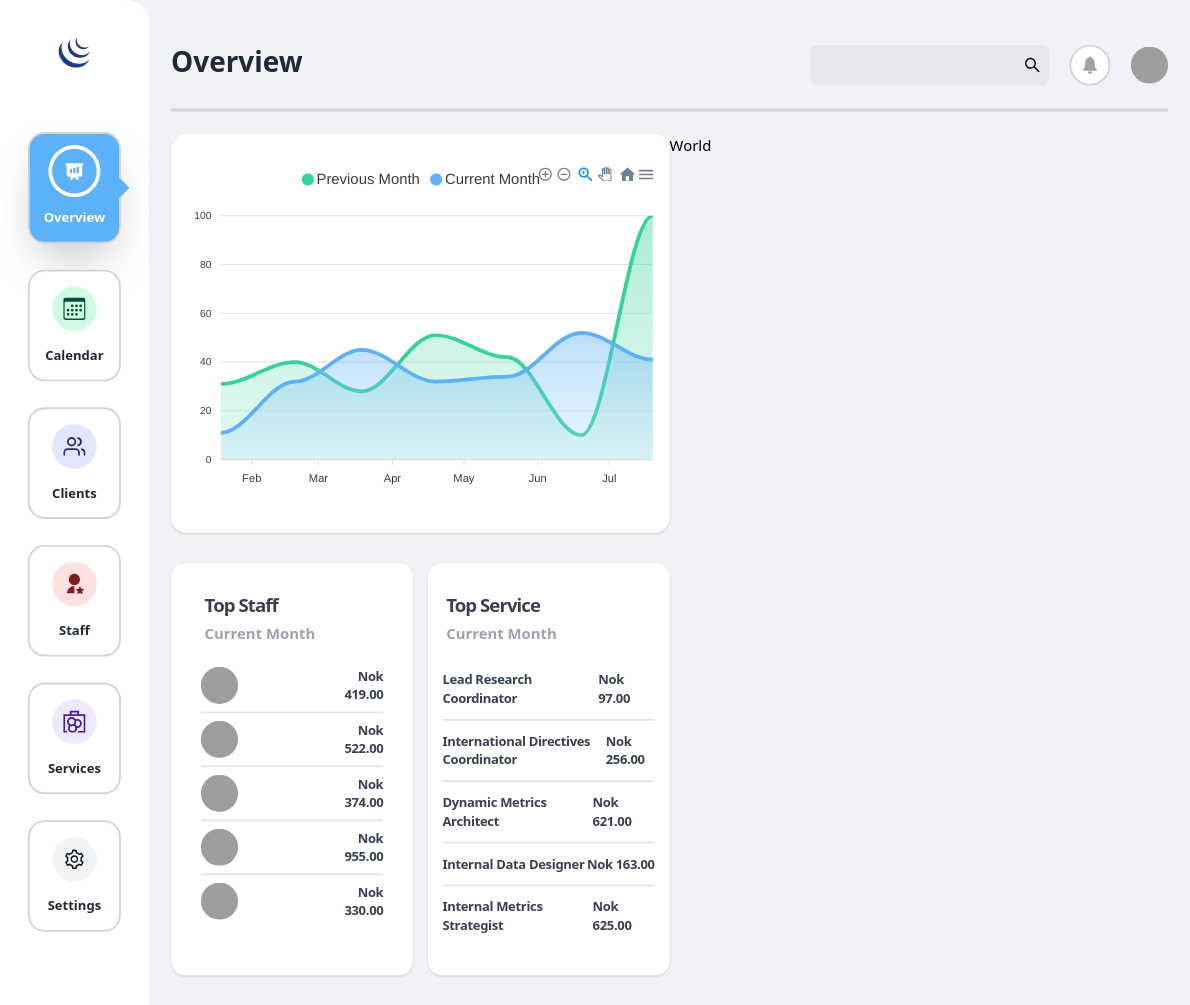
Repository: coolronts/dashboard
Page: /
The author's editor kept a copy of each file at every save. The page is drawn from the files as they stood at one save, then again after the next save.
The browser window is 1280 px wide. The pictures show the whole page, at 93% of full size.
Pictures or frames that could not be fetched are drawn as grey boxes. The project was rebuilt for these pictures with package versions that can differ from the ones it lists, and the page was loaded fresh each time. Also part of the build but not shown: craco.config.js.

Above is the page before, as saved 2021-11-28 04:54:36.

### src/index.tsx
import './index.css';

import App from './App';
import React from 'react';
import ReactDOM from 'react-dom';

ReactDOM.render(
  <React.StrictMode>
    <App />
  </React.StrictMode>,
  document.getElementById('root')
);

### src/App.tsx
import './App.css';

import Home from './Pages/Home'

function App() {
  return (
    <div className="App">
      <Home/>
    </div>
  );
}

export default App;

### src/App.css
* {
    margin: 0;
    padding: 0;
}

.App {
    background-color: #F0F2F5;
}

### src/Pages/Home/index.tsx
import AppointmentActivity from '../../Units/AppointmentActivity'
import LeftDrawer from '../../Units/LeftDrawer'
import SectionHeader from '../../Units/SectionHeader'
import SplitScreen from '../../Components/SplitScreen'
import TopService from '../../Units/TopService'
import TopStaff from '../../Units/TopStaff'

const Home: React.FC = () => {
  const styles = {
    leftDrawer: 'bg-white px-8 rounded-tr-3xl py-8',
  }
  return (
    <div className="flex">
      <div className={styles.leftDrawer}>
        <LeftDrawer/>
      </div>
      <div className="flex-1 mx-6 mt-12">
        <SectionHeader />
        <hr className="bg-gray-300 h-1 my-6" />
        <SplitScreen leftWeight="w-1/2" rightWeight="w-1/2" >
          <div>
            <AppointmentActivity />
            <div className="w-full flex justify-between my-8">
              <TopStaff />
              <div className="w-4"/>
              <TopService />
            </div>
          </div>
          <div>World</div>
        </SplitScreen>
      </div>
    </div>
  )
}

export default Home

### src/Units/AppointmentActivity/index.tsx
import Card from '../../Components/Card'
import MultiLine from '../../Components/Charts/MultiLine'

const AppointmentActivity: React.FC = () => {
  return (
    <div>
      <Card
        Element={
          <MultiLine />
        }
      />

    </div>
  )
}

export default AppointmentActivity

### src/Units/LeftDrawer/index.tsx
import { Calendar, Clients, Overview, Services, Settings, Staff } from '../../Components/Icons'

import {CompanyLogo} from '../../Components/Icons'
import Logo from '../../Components/Logo'

const LeftDrawer: React.FC = () => {
  const styles = {
    CompanyLogo: "text-5xl text-blue-900 w-full mb-12",
    menu: "flex flex-col justify-between bg-blue.primary"
  }
  const icons = [
    { Icon: <Overview />, name: 'overview', color: 'blue', active: true },
    { Icon: <Calendar />, name: 'calendar', color: 'green', active: false },
    { Icon: <Clients />, name: 'clients', color: 'indigo', active: false  },
    { Icon: <Staff />, name: 'staff', color: 'red', active: false  },
    { Icon: <Services />, name: 'services', color: 'purple', active: false  },
    { Icon: <Settings />, name: 'settings', color: 'gray', active: false  },
  ]

  return (
    <div className="m-auto">
      <CompanyLogo className={styles.CompanyLogo}/>
      <div className={styles.menu}>
        {icons.map((icon, index) =>  <Logo Icon={icon.Icon} name={icon.name} color={icon.color} key={index} active={icon.active} />)}
      </div>
    </div>
  )

}

export default LeftDrawer

### src/Units/SectionHeader/index.tsx
import Avatar from '../../Components/Avatar'
import {Notification} from '../../Components/Buttons'
import {Notifications} from '../../Components/Icons'
import TextBox from '../../Components/TextBox'

const SectionHeader: React.FC = () => {
  const styles = {
    heading: "text-3xl text-gray-800 font-bold",
    body: "flex justify-between",
    leftComponent: "flex items-center justify-around"
  }
  return (
    <div className={styles.body}>
      <h1 className={styles.heading}>Overview</h1>
      <div className={styles.leftComponent}>
        <TextBox />
        <Notification Icon={<Notifications />} />
        <Avatar />
      </div>
    </div>
  )
}

export default SectionHeader

### src/Components/SplitScreen/index.tsx
import tw from "tailwind-styled-components"

interface SplitScreenProps {
  children: React.ReactNode[];
  containerWeight?: string;
  leftWeight?: string;
  rightWeight?: string;
}
const SplitScreen: React.FC<SplitScreenProps> = ({
	children,
	containerWeight = 'flex w-full',
  leftWeight = 'w-1/2',
	rightWeight = 'w-full',
}) => {
  const Container = tw.div``;
  const Pane = tw.div``;

	const [left, right] = children;
	return (
		<Container className={containerWeight}>
			<Pane className={leftWeight}>
				{left}
			</Pane>
			<Pane className={rightWeight}>
				{right}
			</Pane>
		</Container>
	);
}

export default SplitScreen

### src/Units/TopService/index.tsx
import { useEffect, useState } from 'react'

import Card from '../../Components/Card'
import createRandomData from '../../api/TopService'

interface dataProps {
  position: string,
  price: number
}
const TopService: React.FC = () => {
  const [data, setData] = useState<dataProps[]>([])
  const styles = {
    table: `bg-white w-full divide-solid divide-y-2 divide-opacity-60 divide-gray-300 text-gray-700`,
    row: `flex py-3 text-sm items-center font-semibold font-sans tracking-tight py-2 justify-between`
  }

  if (data.length === 0) {
    createRandomData(5)
      .then(response => setData(response))
  }
  useEffect(() => { }, [data])

  return (
    <Card size="sm" Element={
      <div className="px-2">
        <div className="px-1 mb-4 font-semibold font-sans capitalize">
          <p className="tracking-tighter text-xl text-gray-700">Top Service</p>
          <p className="text-md text-gray-400 pt-1">Current month</p>
        </div>
        <div className={styles.table}>
          {data.map((item, i) => (
            <div className={styles.row} key={i}>
                <p>{item.position}</p>
                <p>Nok {item.price}</p>
            </div>
          ))}
        </div>
      </div>
    }/>
  )
}

export default TopService

### src/Units/TopStaff/index.tsx
import Avatar from '../../Components/Avatar'
import Card from '../../Components/Card'
import createRandomData from '../../api/TopStaff'
import {useState} from 'react'

interface dataProps {
  avatar: string,
  name: string,
  price: number
}
const TopStaff: React.FC = () => {
  const [data, setData] = useState<dataProps[]>([])
  if (data.length === 0) {
    createRandomData(5)
    .then(response => setData(response))
  }

  const styles = {
    table: `bg-white w-full divide-solid divide-y-2 divide-opacity-60 divide-gray-300 text-gray-700`,
    row: `flex text-sm items-center font-semibold font-sans tracking-tight py-2`
  }
  return (
    <Card size="sm" Element={
      <div className="px-6">
        <div className="px-1 mb-4 font-semibold font-sans capitalize">
          <p className="tracking-tighter text-xl text-gray-700">Top Staff</p>
          <p className="text-md text-gray-400 pt-1">Current month</p>
        </div>
        <div className={styles.table}>
          {data.map((item, i) => (
            <div className={styles.row} key={i}>
              <div className="w-2/3 flex items-center">
                <Avatar img={item.avatar}/>
                <p className="ml-2">{item.name}</p>
              </div>
              <div className="w-1/3 text-right">
                <p className="">Nok {item.price}</p>
              </div>
            </div>
          ))}
        </div>
      </div>
    } />
  )
}

export default TopStaff

### src/Components/Card/index.tsx
import { ReactNode } from "react"

interface CardProps {
  size?: string;
  Element: ReactNode
}

const Card: React.FC<CardProps> = ({ size, Element}) => {
  const styles = {
    body: `bg-white px-2 py-8 rounded-2xl shadow ${size==='sm' ? 'w-3/6': 'w-full'}` ,
  }
  return (
    <div className={styles.body}>
      {Element}
    </div>
  )
}

export default Card

### src/Components/Charts/MultiLine/index.jsx
import ReactApexChart from "react-apexcharts";

const series = [
  {
    name: 'Previous Month',
    data: [31, 40, 28, 51, 42, 10, 100]
  }, {
    name: 'Current Month',
    data: [11, 32, 45, 32, 34, 52, 41]
  }
]


const options = {
    colors: ['#34D399', '#5DB1F8'],
    chart: {
      height: 350,
      type: 'area'
     },
     legend: {
       position: 'top',
       fontSize: '16px',
       offset: 0
     },
    dataLabels: {
      enabled: false
    },
    stroke: {
      curve: 'smooth'
    },
    xaxis: {
      type: 'datetime',
      labels: {
        format: 'MMM',
      },
      categories: ["2018-01-19T00:00:00.000Z", "2018-02-19T01:30:00.000Z", "2018-03-19T02:30:00.000Z", "2018-04-19T03:30:00.000Z", "2018-05-19T04:30:00.000Z", "2018-06-19T05:30:00.000Z", "2018-07-19T06:30:00.000Z"]
    },
    tooltip: {
      x: {
        format: 'MMM'
      },
    },
  }

const MultiLine = () => {
  return (
    <div id="chart">
      <ReactApexChart options={options} series={series} type="area" height={350} />
    </div>

  )
}

export default MultiLine

### src/Components/Icons/index.tsx
import {AiOutlineSearch} from 'react-icons/ai'
import {AiOutlineSetting} from 'react-icons/ai'
import {BsCalendar3} from 'react-icons/bs'
import {DiJqueryLogo} from 'react-icons/di'
import {FiUsers} from 'react-icons/fi'
import {GrBusinessService} from 'react-icons/gr'
import { HiPresentationChartBar } from 'react-icons/hi'
import {ImArrowRight} from 'react-icons/im'
import {IoIosNotifications} from 'react-icons/io'
import { RiUserStarFill } from 'react-icons/ri'

export {
  HiPresentationChartBar as Overview,
  BsCalendar3 as Calendar,
  FiUsers as Clients,
  RiUserStarFill as Staff,
  GrBusinessService as Services,
  AiOutlineSetting as Settings,
  ImArrowRight as ArrowRight,
  DiJqueryLogo as CompanyLogo,
  AiOutlineSearch as Search,
  IoIosNotifications as Notifications
}

### src/Components/Logo/index.tsx
import {ArrowRight} from '../Icons'
import React from 'react';

interface IconProps {
  Icon: React.ReactNode;
  name: string,
  color: string,
  active?: boolean
}


const Logo: React.FC<IconProps> = ({ Icon, name, color, active=false }) => {

  const styles = {
    body:`relative group my-4 text-2xl px-12 py-4 bg-white ring-2 ring-gray-300 w-20 rounded-2xl flex flex-col items-center justify-around hover:bg-blue-primary hover:shadow-2xl cursor-pointer ${active ? 'bg-blue-primary shadow-2xl' :'bg-white'}`,
    name: `${active ? 'text-white': 'text-gray-800'} group-hover:text-white capitalize text-sm font-semibold mt-4`,
    icon: `${active ? 'bg-blue-primary text-white': `bg-${color}-100 text-${color}-900`} rounded-full p-3 group-hover:bg-blue-primary group-hover:text-white ring-4 ring-white`,
    arrowRight: `${active?'text-blue-primary': 'text-transparent'} absolute -right-3 text-transparent`
  }
  return (
    <div className={styles.body}>
      <div className={styles.icon}> {Icon} </div>
      <p className={styles.name}> {name} </p>
      <ArrowRight className={styles.arrowRight}/>
    </div>
  )
}

export default Logo

### src/Components/Avatar/index.tsx
interface AvatarProps {
  img?: string;
  radius?: number;
}
const imgLink="https://images.unsplash.com/photo-1472099645785-5658abf4ff4e?ixlib=rb-1.2.1&ixid=eyJhcHBfaWQiOjEyMDd9&auto=format&fit=facearea&facepad=2&w=256&h=256&q=80"

const Avatar: React.FC<AvatarProps> = ({ img = imgLink, radius = 10 }) => {
  console.log(img)
  const styles = {
    avatar:`inline-block h-${radius} w-${radius} rounded-full cursor-pointer`
  }
  return (
    <div>
      <img
        className={styles.avatar}
        src={img}
        alt=""
      />
    </div>
  )
}

export default Avatar

### src/Components/Buttons/index.tsx
interface NotificationProps{
  Icon: React.ReactNode;
}

export const Notification: React.FC<NotificationProps> = ({ Icon }) => {
  const styles = {
    icon: "ring-2 ring-gray-300 text-2xl font-bold p-2 bg-white rounded-full mx-6 shadow text-gray-400 cursor-pointer hover:shadow-2xl"
  }
  return (
    <>
      <div className={styles.icon}>{Icon}</div>
    </>
  )
}

### src/Components/TextBox/index.tsx
import {Search} from '../Icons'

const TextBox: React.FC = () => {
  const styles = {
    body: "relative",
    textBox: "bg-gray-200 w-64 rounded-lg py-3 px-4 font-semibold text-sm focus:ring-2 ring-gray-600 outline-none",
    searchIcon: "absolute right-2 top-3 text-xl"
  }

  return (
    <div className={styles.body}>
      <input className={styles.textBox} type="text" />
      <Search className={styles.searchIcon}/>

    </div>
  )
}

export default TextBox

### src/api/TopService.ts
var faker = require('faker')

const createRandomData = async (n: number) => {
  let data = []
  for (let i = 0; i < n; i++) {
    await data.push({
      position: faker.name.jobTitle(),
      price: faker.commerce.price()
    })
  }
  console.log(data)
  return data
}

export default createRandomData

### src/api/TopStaff.ts
var faker = require('faker')

const createRandomData = async (n: number) => {
  let data = []
  for (let i = 0; i < n; i++) {
    await data.push({
      position: faker.name.jobTitle(),
      price: faker.commerce.price()
    })
  }
  return data
}

export default createRandomData

### tailwind.config.js
module.exports = {
    purge: ["./src/**/*.{js,jsx,ts,tsx}", "./public/index.html"],
    darkMode: false, // or 'media' or 'class'
    theme: {
        extend: {
            colors: {
                blue: {
                    primary: "#5DB1F8",
                    secondary: "#38A3FF",
                    tertiary: "#1D90F3",
                },
            },
        },
    },
    variants: {
        extend: {},
    },
    plugins: [],
};

Loaded but not shown: public/index.html (common file); src/index.css (common file)

After the next save:
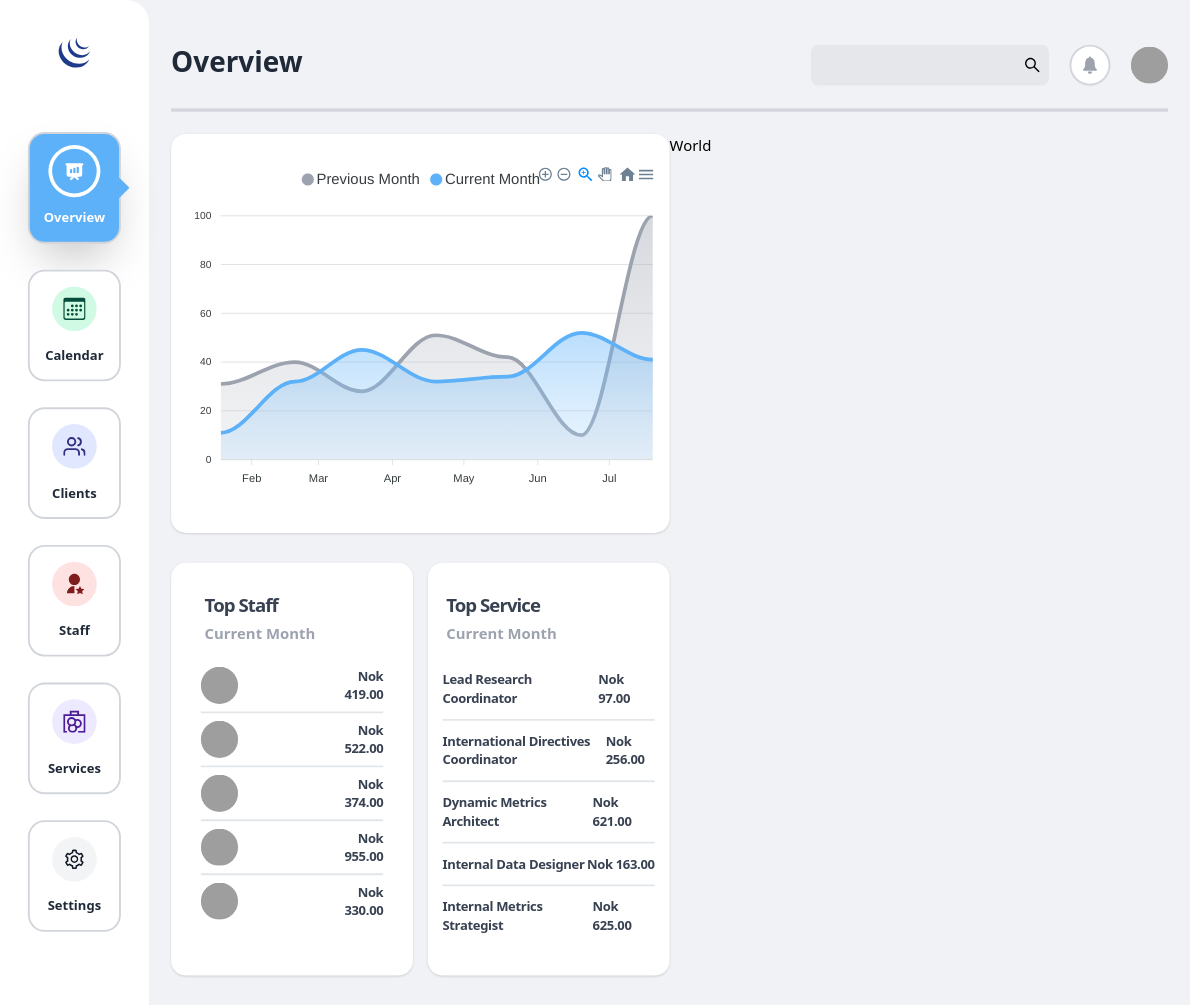
Saved 53 s later.
--- a/src/Components/Charts/MultiLine/index.jsx
+++ b/src/Components/Charts/MultiLine/index.jsx
@@ -12,7 +12,7 @@ const series = [
 
 
 const options = {
-    colors: ['#34D399', '#5DB1F8'],
+    colors: ['#9CA3AF', '#5DB1F8'],
     chart: {
       height: 350,
       type: 'area'
